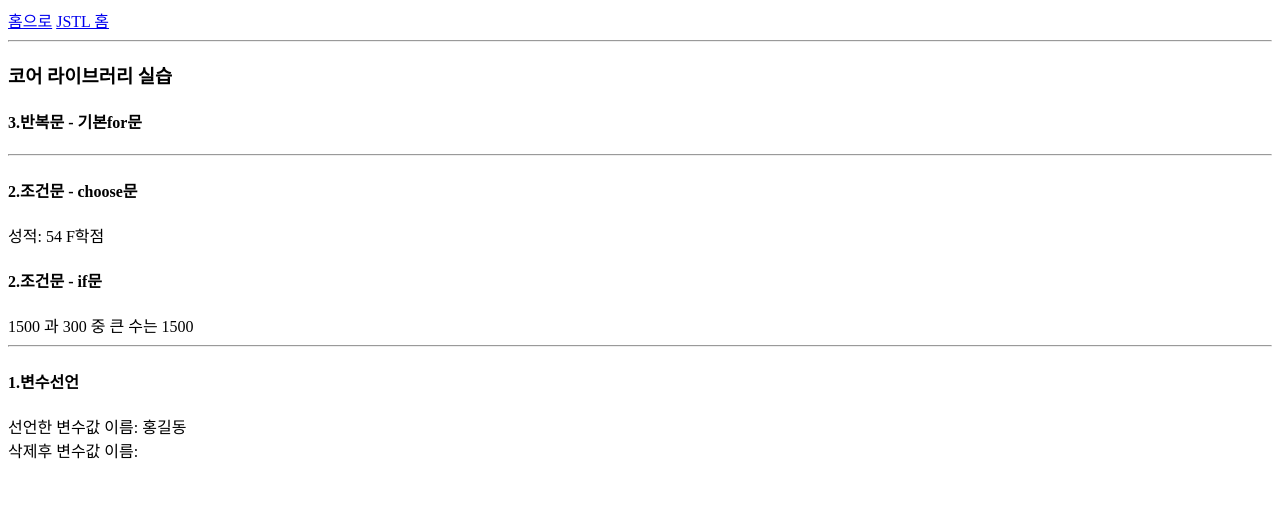
Repository: linklifejo/study_web
Page: http://localhost/servlet02/jstl/core.jsp
An editor plug-in stored every save of this project. The page is shown before and after the next save, followed by the edit.
The browser window is 1280 px wide. The pictures show the whole page.
The page is served by Tomcat 9.

Above is the page before, as saved 2023-02-07 03:35:54.

After the next save:
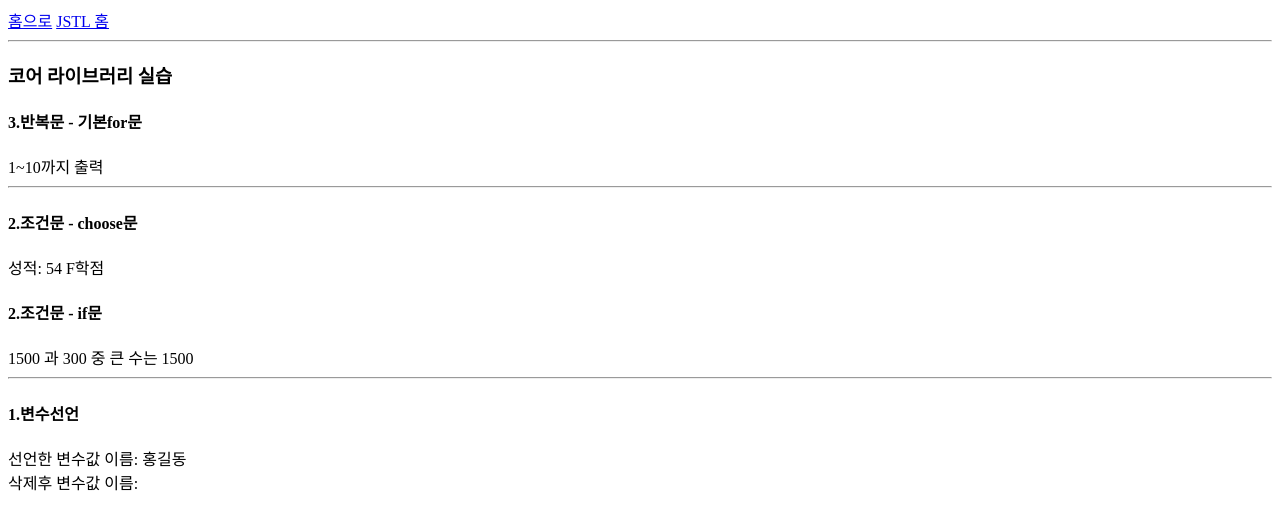
Saved 16 s later.
--- a/servlet02/src/main/webapp/jstl/core.jsp
+++ b/servlet02/src/main/webapp/jstl/core.jsp
@@ -13,7 +13,9 @@
 <hr>
 <h3>코어 라이브러리 실습</h3>
 <h4>3.반복문 - 기본for문</h4>
+<div>1~10까지 출력
 
+</div>
 
 <hr>
 <h4>2.조건문 - choose문</h4>
